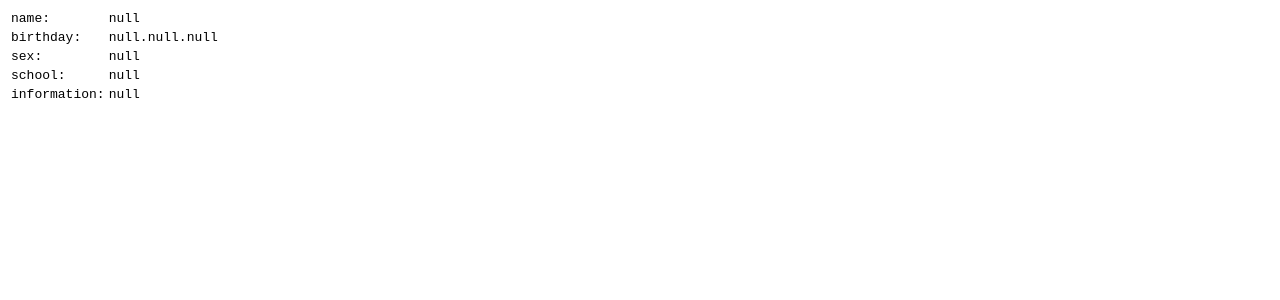
Repository: Brief-drizzle/Java-Web
Page: http://localhost/sy1/GetResume
These files come from the project's save history. The page is drawn as it stood at one moment and after the next save; the edit follows.
The browser window is 1280 px wide. The pictures show the whole page.
The page is served by Tomcat 9. Other server files are loaded and not shown.

Above is the page before, as saved 2020-10-23 12:22:07.

### sy1/src/sy1/GetResume.java
package sy1;

import java.io.IOException;
import java.io.PrintWriter;

import javax.servlet.RequestDispatcher;
import javax.servlet.ServletException;
import javax.servlet.ServletResponse;
import javax.servlet.http.Cookie;
import javax.servlet.http.HttpServlet;
import javax.servlet.http.HttpServletRequest;
import javax.servlet.http.HttpServletResponse;

@SuppressWarnings("serial")
//@WebServlet("/GetResume")
public class GetResume extends HttpServlet {

	/**
		 * Constructor of the object.
		 */
	public GetResume() {
		super();
	}

	/**
		 * Destruction of the servlet. <br>
		 */
	public void destroy() {
		super.destroy(); // Just puts "destroy" string in log
		// Put your code here
	}

	/**
		 * The doGet method of the servlet. <br>
		 *
		 * This method is called when a form has its tag value method equals to get.
		 *
		 * @param request the request send by the client to the server
		 * @param response the response send by the server to the client
		 * @throws ServletException if an error occurred
		 * @throws IOException if an error occurred
		 */
	public void doGet(HttpServletRequest request, HttpServletResponse response) throws ServletException, IOException {

		response.setContentType("text/html;charset=utf-8");
		request.setCharacterEncoding("GBK");
		response.setCharacterEncoding("GBK");
		PrintWriter out = response.getWriter();
		out.println("<!DOCTYPE HTML PUBLIC \"-//W3C//DTD HTML 4.01 Transitional//EN\">");
		out.println("<HTML>");
		out.println("  <HEAD><TITLE>A Servlet</TITLE></HEAD>");
		out.println("  <BODY>");

		Cookie[] cookie = request.getCookies();
		String name = null,bir_y= null,bir_m= null,bir_d= null,sex= null,school= null,information= null;

		if(cookie==null)
		{
			name=request.getParameter("name");
			bir_y=request.getParameter("year");
			bir_m=request.getParameter("month");
			bir_d=request.getParameter("day");
			sex=request.getParameter("sex");
			school=request.getParameter("school");
			information=request.getParameter("information");
			Cookie name_cookie=new Cookie("name",name);
			Cookie bir_y_cookie=new Cookie("bir_y",bir_y);
			Cookie bir_m_cookie=new Cookie("bir_m",bir_m);
			Cookie bir_d_cookie=new Cookie("bir_d",bir_d);
			Cookie sex_cookie=new Cookie("sex",sex);
			Cookie school_cookie=new Cookie("school",school);
			Cookie infor_cookie=new Cookie("information",information);
			response.addCookie(name_cookie);
			response.addCookie(bir_y_cookie);
			response.addCookie(bir_m_cookie);
			response.addCookie(bir_d_cookie);
			response.addCookie(sex_cookie);
			response.addCookie(school_cookie);
			response.addCookie(infor_cookie);
		}
		else
		{
			for(int i = 0;i<cookie.length;i++)
			{
				if("name".equals(cookie[i].getName()))
				{
					name=cookie[i].getValue();
				}
				if("bir_y".equals(cookie[i].getName()))
				{
					bir_y=cookie[i].getValue();
				}
				if("bir_m".equals(cookie[i].getName()))
				{
					bir_m=cookie[i].getValue();
				}
				if("bir_d".equals(cookie[i].getName()))
				{
					bir_d=cookie[i].getValue();
				}
				if("sex".equals(cookie[i].getName()))
				{
					sex=cookie[i].getValue();
				}
				if("school".equals(cookie[i].getName()))
				{
					school=cookie[i].getValue();
				}
				if("information".equals(cookie[i].getName()))
				{
					information=cookie[i].getValue();
				}
			}
		}

		//if(isParameterNull(name)||isParameterNull(bir_y)||isParameterNull(bir_m)||isParameterNull(bir_d)||isParameterNull(sex)||isParameterNull(school)||isParameterNull(information))
		//{
		//	response.sendRedirect("/sy1/resume.html");
		//}
		//if(isParameterBlank(name)||isParameterBlank(bir_y)||isParameterBlank(bir_m)||isParameterBlank(bir_d)||isParameterBlank(sex)||isParameterBlank(school)||isParameterBlank(information))
		//{
		//	response.sendRedirect("/sy1/resume.html");
		//}

		out.println("<PRE>\n" +"<table>"+"<tr>"+"<td>"+"name:"+"</td>"+"<td>"+name+"</td>"+"</tr>");
		out.println("<tr>"+"<td>birthday:</td>"+"<td>"+bir_y+"."+bir_m+"."+bir_d+"</td>"+"</tr>");
		out.println("<tr>"+"<td>sex:</td>"+"<td>"+sex+"</td>"+"</tr>");
		out.println("<tr>"+"<td>school:</td>"+"<td>"+school+"</td>"+"</tr>");
		out.println("<tr>"+"<td>information:</td>"+"<td>"+information+"</td>"+"</tr>"+"</PRE>\n");

		out.println("  </BODY>");
		out.println("</HTML>");
		out.flush();
		out.close();
	}

	public static Cookie[] retu(Cookie[] c)
	{
		return c;
	}

	private boolean isParameterBlank(String name) {
		if (name=="")
			return true;
		else return false;
	}

	private boolean isParameterNull(String p) {
		if (p==null)
			return true;
		else return false;
	}

	  public static String filter(String input) {
		    if (!hasSpecialChars(input)) {
		      return(input);
		    }
		    StringBuffer filtered = new StringBuffer(input.length());
		    char c;
		    for(int i=0; i<input.length(); i++) {
		      c = input.charAt(i);
		      switch(c) {
		        case '<': filtered.append("&lt;"); break;
		        case '>': filtered.append("&gt;"); break;
		        case '"': filtered.append("&quot;"); break;
		        case '&': filtered.append("&amp;"); break;
		        default: filtered.append(c);
		      }
		    }
		    return(filtered.toString());
		  }

		  private static boolean hasSpecialChars(String input) {
		    boolean flag = false;
		    if ((input != null) && (input.length() > 0)) {
		      char c;
		      for(int i=0; i<input.length(); i++) {
		        c = input.charAt(i);
		        switch(c) {
		          case '<': flag = true; break;
		          case '>': flag = true; break;
		          case '"': flag = true; break;
		          case '&': flag = true; break;
		        }
		      }
		    }
		    return(flag);
		  }

	/**
		 * The doPost method of the servlet. <br>
		 *
		 * This method is called when a form has its tag value method equals to post.
		 *
		 * @param request the request send by the client to the server
		 * @param response the response send by the server to the client
		 * @throws ServletException if an error occurred
		 * @throws IOException if an error occurred
		 */
	public void doPost(HttpServletRequest request, HttpServletResponse response) throws ServletException, IOException {

		response.setContentType("text/html");
		PrintWriter out = response.getWriter();
		response.setCharacterEncoding("GBK");
		request.setCharacterEncoding("GBK");
		out.println("<!DOCTYPE HTML PUBLIC \"-//W3C//DTD HTML 4.01 Transitional//EN\">");
		out.println("<HTML>");
		out.println("  <HEAD><TITLE>A Servlet</TITLE></HEAD>");
		out.println("  <BODY>");
		out.println("  </BODY>");
		out.println("</HTML>");
		out.flush();
		out.close();
	}

	/**
		 * Initialization of the servlet. <br>
		 *
		 * @throws ServletException if an error occurs
		 */
	public void init() throws ServletException {
		// Put your code here
	}

}

After the next save:
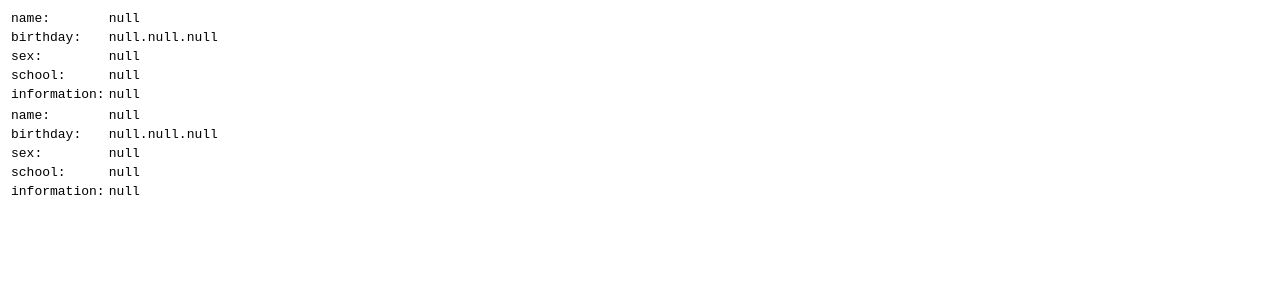
Saved 3 min 42 s later.
--- a/sy1/src/sy1/GetResume.java
+++ b/sy1/src/sy1/GetResume.java
@@ -77,6 +77,11 @@
 			response.addCookie(sex_cookie);
 			response.addCookie(school_cookie);
 			response.addCookie(infor_cookie);
+			out.println("<PRE>\n" +"<table>"+"<tr>"+"<td>"+"name:"+"</td>"+"<td>"+name+"</td>"+"</tr>");
+			out.println("<tr>"+"<td>birthday:</td>"+"<td>"+bir_y+"."+bir_m+"."+bir_d+"</td>"+"</tr>");
+			out.println("<tr>"+"<td>sex:</td>"+"<td>"+sex+"</td>"+"</tr>");
+			out.println("<tr>"+"<td>school:</td>"+"<td>"+school+"</td>"+"</tr>");
+			out.println("<tr>"+"<td>information:</td>"+"<td>"+information+"</td>"+"</tr>"+"</PRE>\n");
 		}
 		else
 		{

After the save that followed:
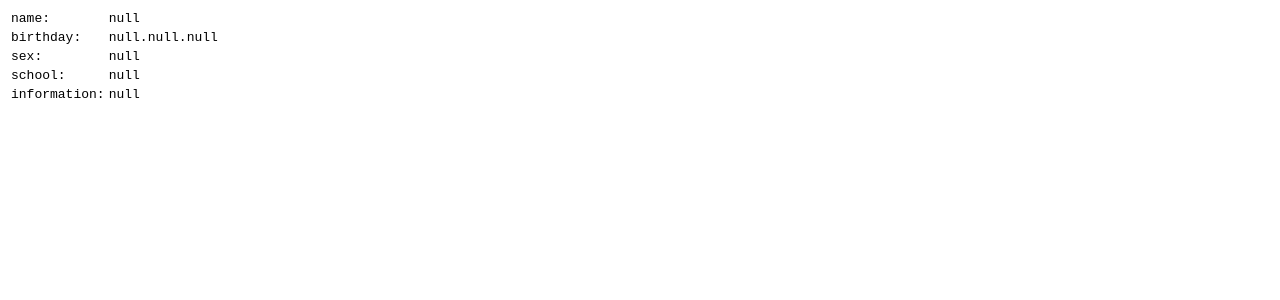
Saved 62 s later.
--- a/sy1/src/sy1/GetResume.java
+++ b/sy1/src/sy1/GetResume.java
@@ -77,11 +77,6 @@
 			response.addCookie(sex_cookie);
 			response.addCookie(school_cookie);
 			response.addCookie(infor_cookie);
-			out.println("<PRE>\n" +"<table>"+"<tr>"+"<td>"+"name:"+"</td>"+"<td>"+name+"</td>"+"</tr>");
-			out.println("<tr>"+"<td>birthday:</td>"+"<td>"+bir_y+"."+bir_m+"."+bir_d+"</td>"+"</tr>");
-			out.println("<tr>"+"<td>sex:</td>"+"<td>"+sex+"</td>"+"</tr>");
-			out.println("<tr>"+"<td>school:</td>"+"<td>"+school+"</td>"+"</tr>");
-			out.println("<tr>"+"<td>information:</td>"+"<td>"+information+"</td>"+"</tr>"+"</PRE>\n");
 		}
 		else
 		{
